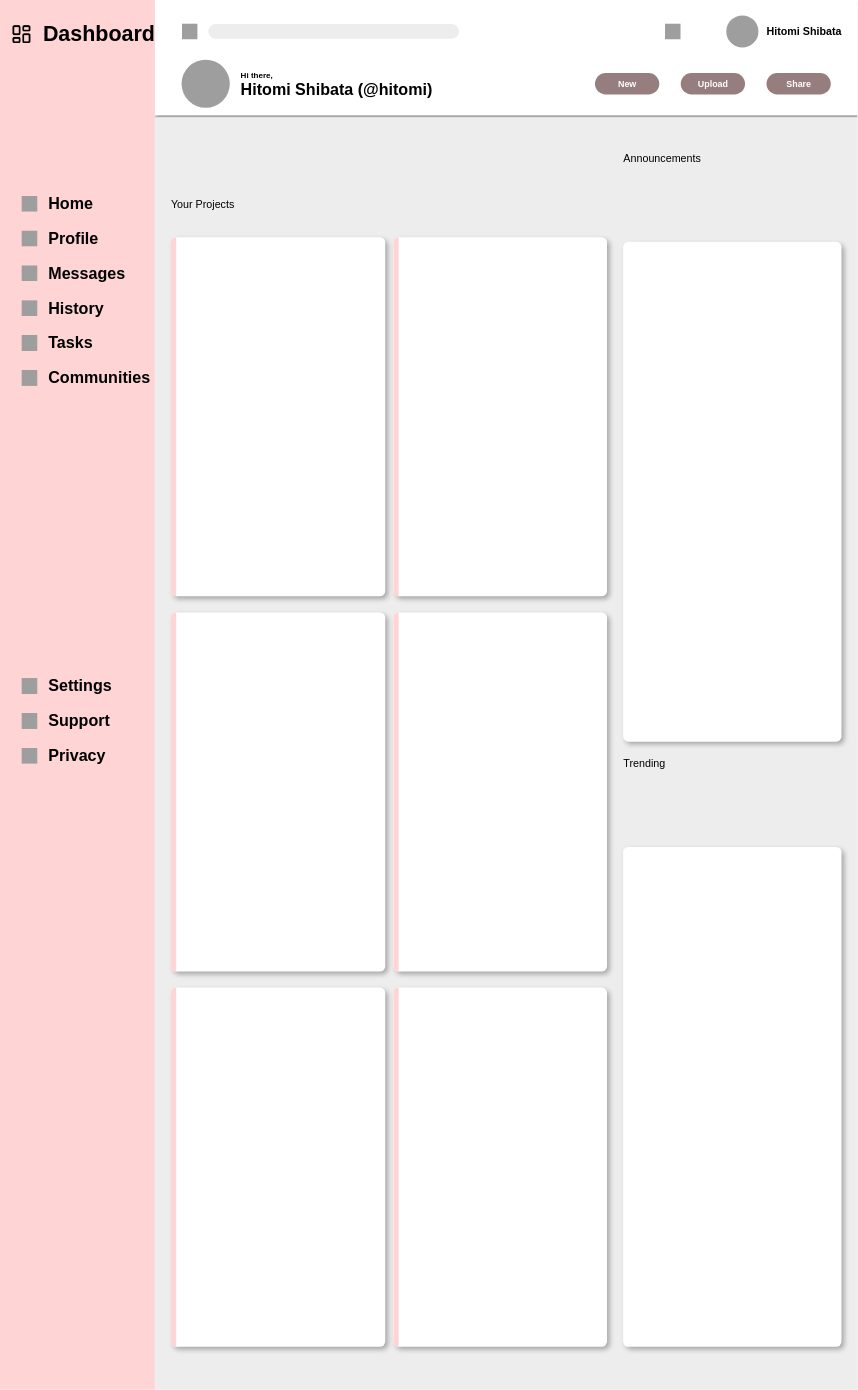
Repository: yeetzpxoci/dashboard
Page: index.html
An editor plug-in stored every save of this project. The page is shown before and after the next save, followed by the edit.
The browser window is 1280 px wide. The pictures show the whole page, at 67% of full size.
Pictures or frames that could not be fetched are drawn as grey boxes.

Above is the page before, as saved 2023-02-19 13:21:22.

After the next save:
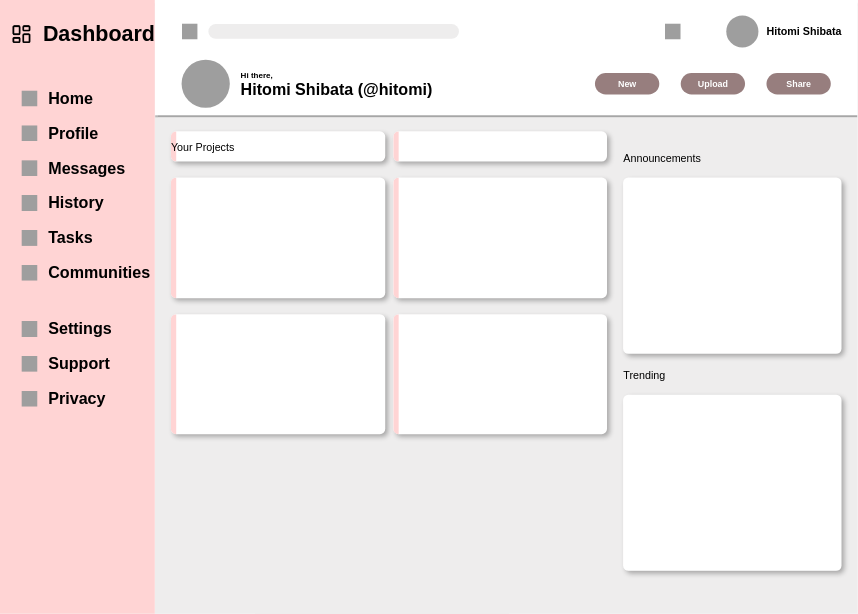
Saved 9 s later.
--- a/styles.css
+++ b/styles.css
@@ -177,7 +177,7 @@ button {
 }
 
 .projects p {
-    margin-top: 100px;
+    position: absolute;
 }
 
 .project {
